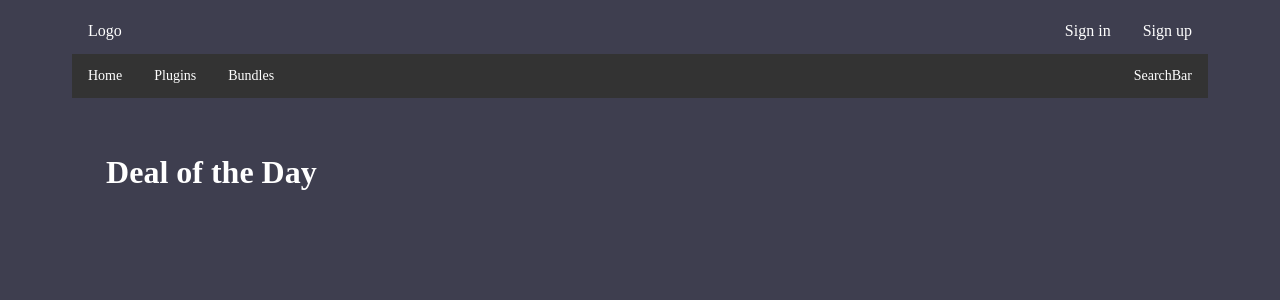
Repository: jigom11791/Wavez
Page: Wavez/Waves-Site/index.html
An editor plug-in stored every save of this project. The page is shown before and after the next save, followed by the edit.
The browser window is 1280 px wide. The pictures show the whole page.

Above is the page before, as saved 2020-10-30 18:11:18.

### Wavez/Waves-Site/index.html
<!DOCTYPE html>
<html>
<head>
    <title>Waves Price Tracker</title>
    <link rel="stylesheet" href="style.css">
</head>
<body>
    <ul class="header">
        <li><a href="#">Logo</a></li>
        <li class="right"><a href="#">Sign up</a></li>
        <li class="right"><a href="#">Sign in</a></li>
    </ul>

    <ul class="topnav">
        <li><a class="active" href="#">Home</a></li>
        <li><a href="#">Plugins</a></li>
        <li><a href="#">Bundles</a></li>
        <li class="right"><a href="#">SearchBar</a></li>
    </ul>
    <div id="content">
        <h1>Deal of the Day</h1>
    </div>
</body>
</html>

### Wavez/Waves-Site/style.css
@import url('https://fonts.googleapis.com/css2?family=Noto+Sans&family=Noto+Sans+JP&display=swap');
@import url('https://fonts.googleapis.com/css2?family=Noto+Sans&display=swap');

body {
    background-color: #3e3e4f;
    color: white;
    font-style: "Noto sans JP", sans-serif;
    padding: 0% 5%;
}

ul.topnav, ul.header{
    list-style-type: none;
    margin: 0;
    padding: 0;
    overflow: hidden;
    width: 100%;
}
ul.topnav {
    background-color: #333;
    font-size: 14px;
}
ul.topnav li, ul.header li{
    float: left;
}
ul.topnav li.right, ul.header li.right{
    float: right;
}
ul.topnav li a, ul.header li a {
    display: block;
    color: white;
    text-align: center;
    padding: 14px 16px;
    text-decoration: none;
}
#content {
    padding: 3%;
}

After the next save:
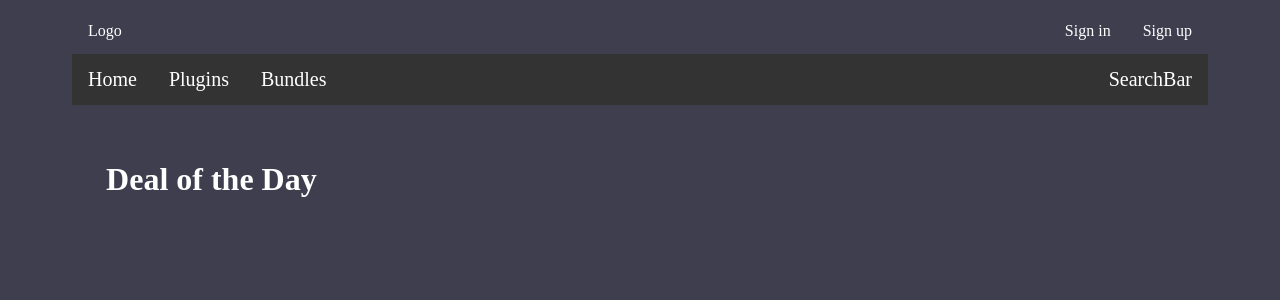
Saved 8 s later.
--- a/Wavez/Waves-Site/style.css
+++ b/Wavez/Waves-Site/style.css
@@ -17,7 +17,7 @@ ul.topnav, ul.header{
 }
 ul.topnav {
     background-color: #333;
-    font-size: 14px;
+    font-size: 20px;
 }
 ul.topnav li, ul.header li{
     float: left;
